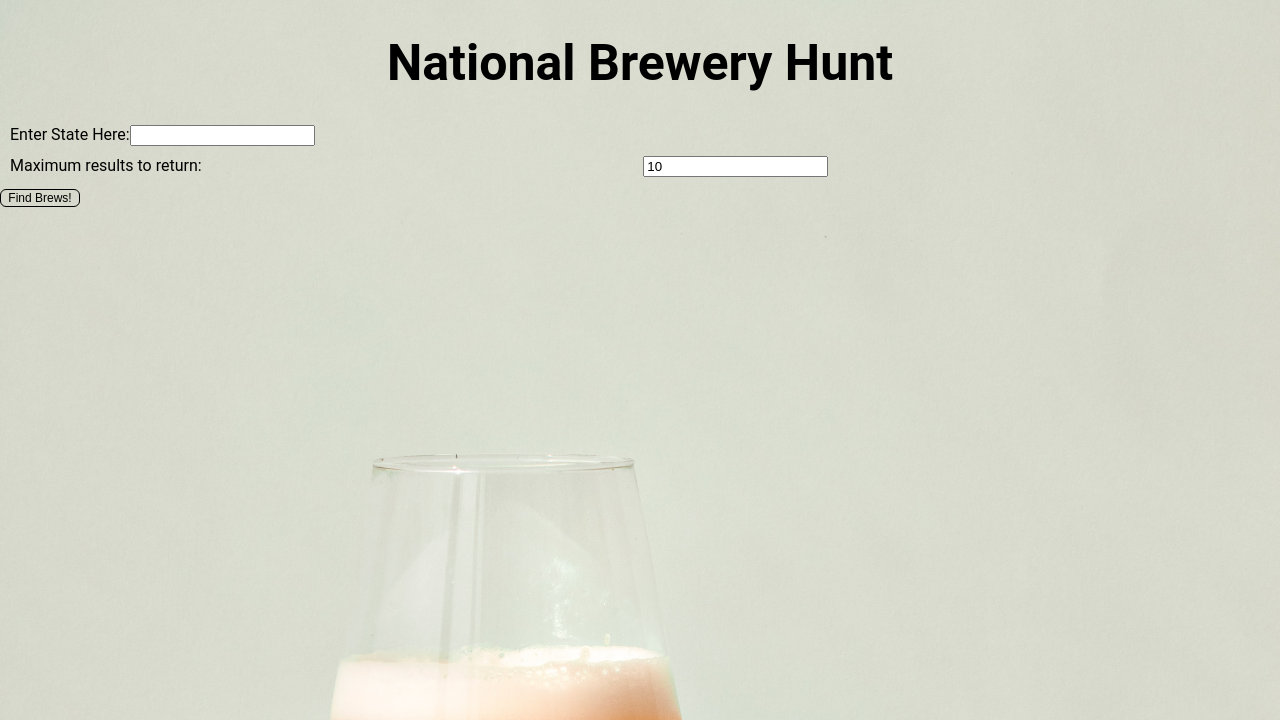
Repository: kaitlynMidori/searchBrews
Page: index.html
The author's editor kept a copy of each file at every save. The page is drawn from the files as they stood at one save, then again after the next save.
The browser window is 1280 px wide. The pictures show the whole page.

Above is the page before, as saved 2021-01-08 14:04:03.

After the next save:
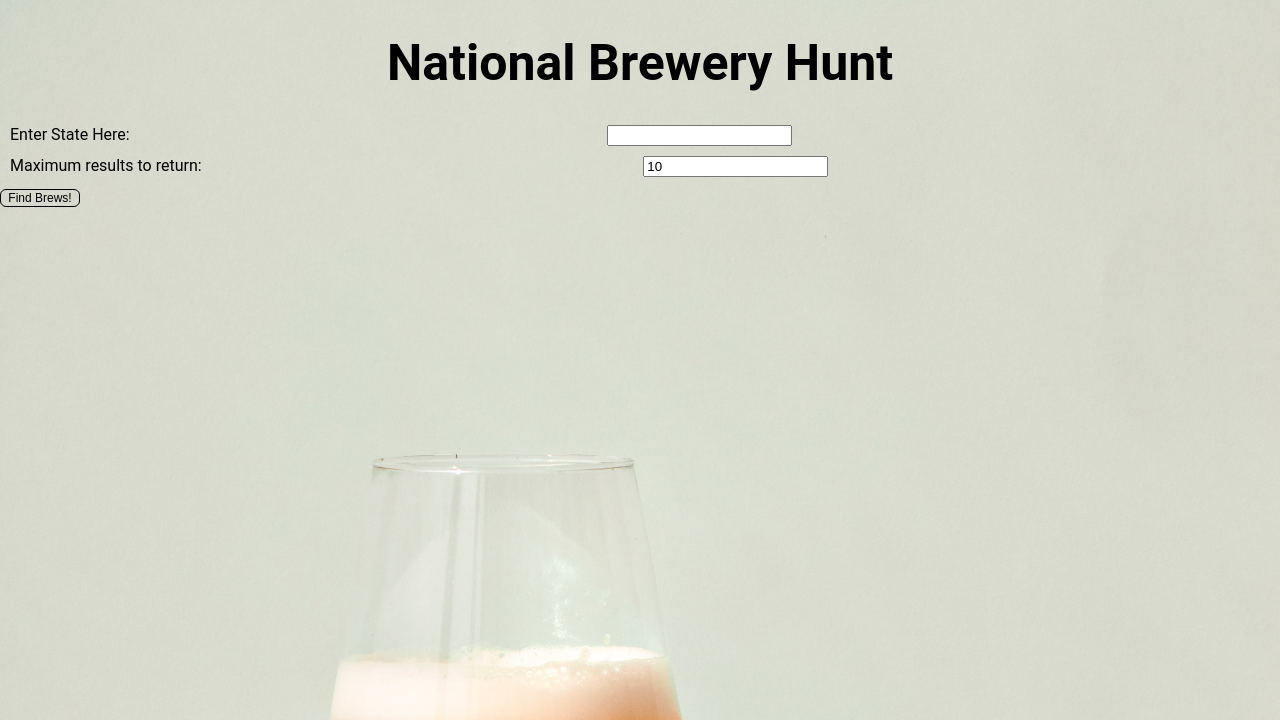
Saved 26 s later.
--- a/style.css
+++ b/style.css
@@ -58,6 +58,11 @@ p {
     margin: auto;
 }
 
+#by_state {
+    justify-content: center;
+    margin: auto;
+}
+
 .results-amount {
     margin: auto;
     width: 50px;
